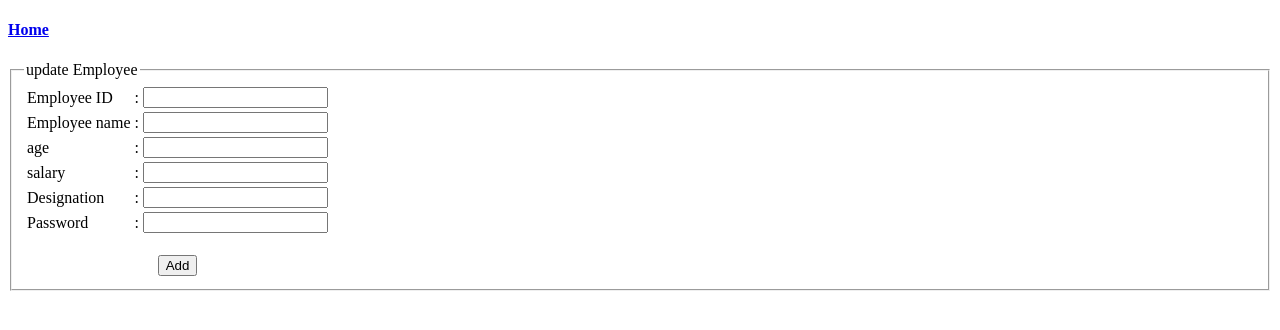
Repository: MamathaManchala/TY_CG_HTD_BangloreNovember_JFS_MamathaManchala
Page: http://localhost/mywebapp/updateEmp.jsp
An editor plug-in stored every save of this project. The page is shown before and after the next save, followed by the edit.
The browser window is 1280 px wide. The pictures show the whole page.
The page is served by Tomcat 9.

Above is the page before, as saved 2019-12-18 08:10:21.

After the next save:
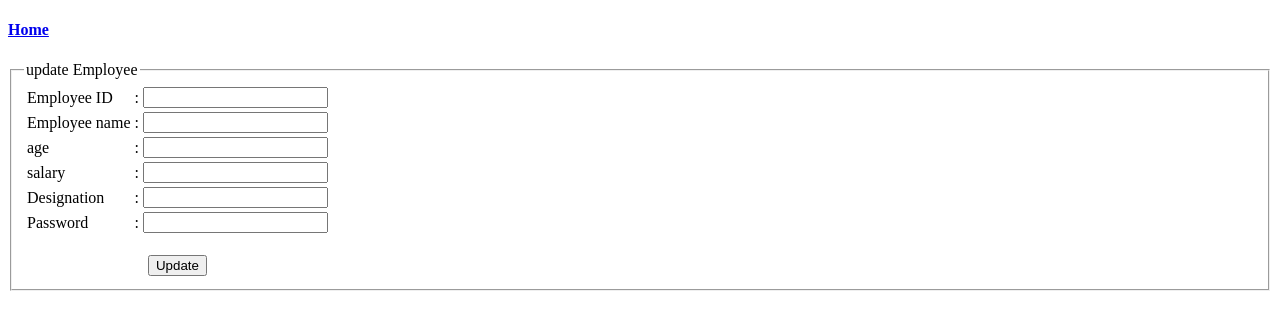
Saved 11 s later.
--- a/BackEnd/servelets/mywebapp/src/main/webapp/updateEmp.jsp
+++ b/BackEnd/servelets/mywebapp/src/main/webapp/updateEmp.jsp
@@ -59,7 +59,7 @@
 
 				<tr>
 					<td colspan="3" align="center"><br> <input type="submit"
-						value="Add"></td>
+						value="Update"></td>
 				</tr>
 			</table>
 		</form>
